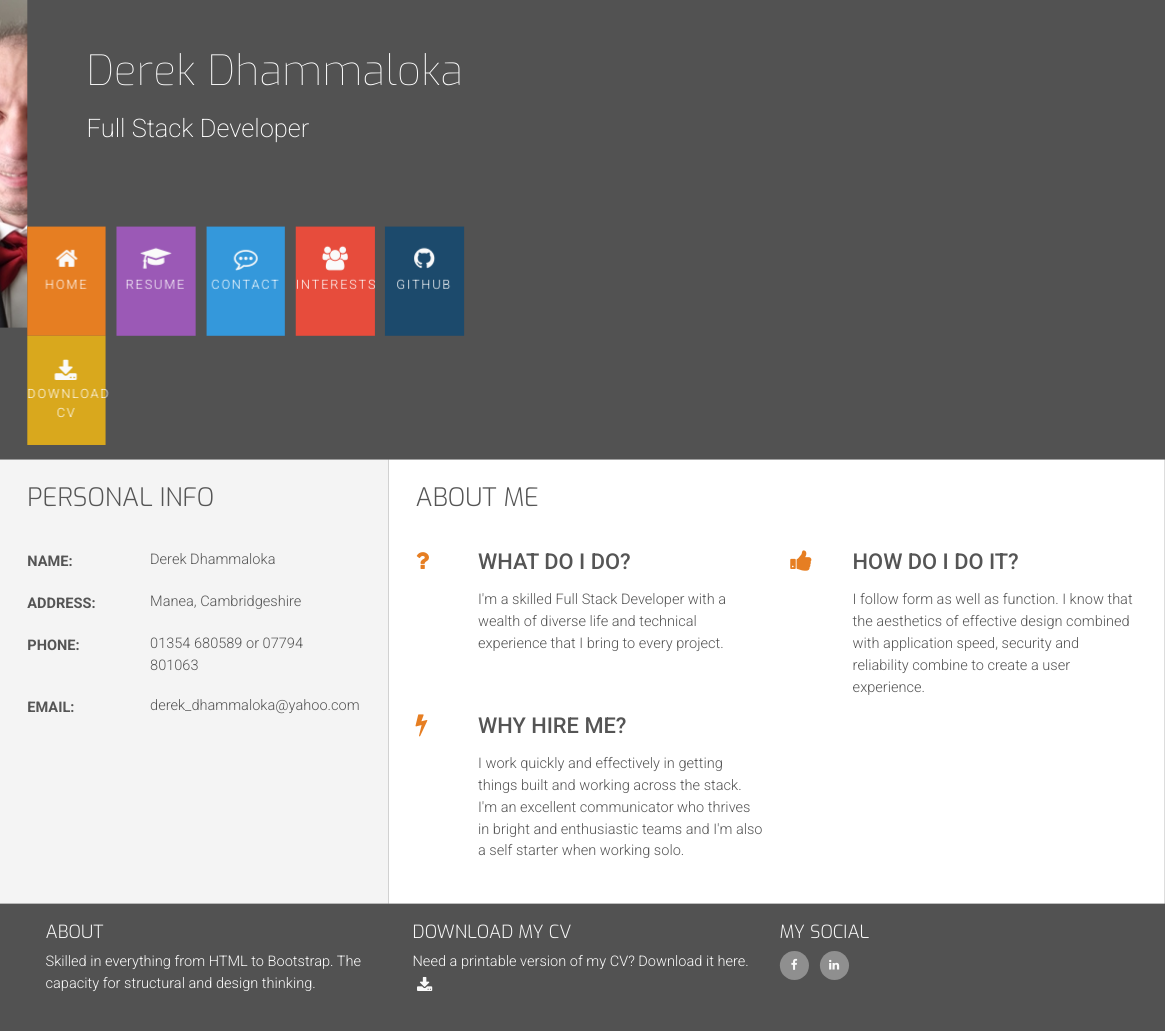
Repository: derektypist/derek-dhammaloka-cv
Page: index.html
The author's editor kept a record of every edit. The page is drawn from the files as they stood at one moment, then again after the next edit.
The browser window is 1280 px wide. The pictures show the whole page, at 91% of full size.
Some web libraries are served in a nearby version.

Above is the page before.

### index.html
<!DOCTYPE html>
<html>
    <head>
    <link rel="stylesheet" href="https://maxcdn.bootstrapcdn.com/bootstrap/4.3.1/css/bootstrap.min.css" integrity="sha384-ggOyR0iXCbMQv3Xipma34MD+dH/1fQ784/j6cY/iJTQUOhcWr7x9JvoRxT2MZw1T" crossorigin="anonymous">
    <link rel="stylesheet" href="https://maxcdn.bootstrapcdn.com/font-awesome/4.7.0/css/font-awesome.min.css" type="text/css" />
    <link rel="stylesheet" href="https://cdnjs.cloudflare.com/ajax/libs/hover.css/2.1.1/css/hover-min.css" type="text/css" />
    <link rel="stylesheet" href="assets/css/style.css" type="text/css" />
    <meta name="viewport" content="width=device-width, initial-scale=1">
    <title>Derek Dhammaloka CV - Home Page</title>
</head>
<body>
  <header class="container-fluid">

            <div class="row">

                <a href="index.html" title="Derek Dhammaloka Home Page">

                    <div class="col-md-4 logo"></div>

                </a>

                <div class="col-md-8">

                    <div class="row">
                        <div class="col heading">
                            <h1 class="name">Derek Dhammaloka</h1>
                            <h2 class="title">Full Stack Developer</h2>
                        </div>
                    </div>

                    <div class="row">

                        <ul class="list-inline clearfix">

                            <li class="col-xs-6 col-sm-2 ui-menu-color-home menuitem list-inline-item">

                                <a href="index.html" class="hvr-sweep-to-bottom"><i class="fa fa-home" aria-hidden="true"></i><span>Home</span></a>

                            </li>

                            <li class="col-xs-6 col-sm-2 ui-menu-color-resume menuitem list-inline-item">

                                <a href="resume.html" class="hvr-sweep-to-bottom"><i class="fa fa-graduation-cap" aria-hidden="true"></i><span>Resume</span></a>

                            </li>

                            <li class="col-xs-6 col-sm-2 ui-menu-color-contact menuitem list-inline-item">

                                <a href="contact.html" class="hvr-sweep-to-bottom"><i class="fa fa-commenting-o" aria-hidden="true"></i><span>Contact</span></a>

                            </li>

                            <li class="col-xs-6 col-sm-2 ui-menu-color-interests menuitem list-inline-item">
                                <a href="interests.html" class="hvr-sweep-to-bottom"><i class="fa fa-users" aria-hidden="true "></i><span>Interests</span></a>
                            </li>

                            <li class="col-xs-6 col-sm-2 ui-menu-color-github menuitem list-inline-item">
                                <a href="github.html" class="hvr-sweep-to-bottom"><i class="fa fa-github" aria-hidden="true "></i><span>GitHub</span></a>
                            </li>

                            <li class="col-xs-6 col-sm-2 ui-menu-color-download menuitem list-inline-item">

                                <a href="assets/cv/derekdhammaloka-cv.pdf" target="_blank" class="hvr-sweep-to-bottom"><span><i class="fa fa-download" aria-hidden="true"></i>Download CV</span></a>

                            </li>

                        </ul>

                    </div>

                </div>

            </div>

        </header>

    <section class="container-fluid">
            <div class="row row-table">
                <div class="col-xs-12 col-sm-12 col-md-4 bg-color-personal-info section-column">
                    <div class="row">
                        <div class="col-md-12">
                            <h3 class="section-heading uppercase">Personal Info</h3>
                        </div>
                    </div>
                    <div class="personal-info-item">
                        <div class="key">
                            <p class="uppercase">Name:</p>
                        </div>
                        <div class="value">
                            <p>Derek Dhammaloka</p>
                        </div>
                    </div>
                    <div class="personal-info-item">
                        <div class="key">
                            <p class="uppercase">Address:</p>
                        </div>
                        <div class="value">
                            <p>Manea, Cambridgeshire</p>
                        </div>
                    </div>
                    <div class="personal-info-item">
                        <div class="key">
                            <p class="uppercase">Phone:</p>
                        </div>
                        <div class="value">
                            <p>01354 680589 or 07794 801063</p>
                        </div>
                    </div>
                    <div class="personal-info-item">
                        <div class="key">
                            <p class="uppercase">Email:</p>
                        </div>
                        <div class="value">
                            <p>derek_dhammaloka@yahoo.com</p>
                        </div>
                    </div>
                </div>
                <div class="col-xs-12 col-sm-12 col-md-8 bg-color-three-reasons section-column">
                    <div class="row">
                        <div class="col-md-12">
                            <h3 class="section-heading uppercase">About Me</h3>
                        </div>
                    </div>
                    <div class="row">
                        <div class="col-xs-10 col-xs-offset-1 col-sm-offset-0 col-sm-4 col-md-6">
                            <div class="row">
                                <div class="col-xs-2 col-sm-2 col-md-2">
                                    <i class="three-reasons-icons fa fa-question" aria-hidden="true"></i>
                                </div>
                                <div class="col-xs-10 col-sm-10">
                                    <h4 class="three-reasons-heading uppercase">What do I do?</h4>
                                    <p>
                                        I'm a skilled Full Stack Developer with a wealth of diverse
                                        life and technical experience that I bring to every project.
                                    </p>
                                </div>
                            </div>
                        </div>
                        <div class="col-xs-10 col-xs-offset-1 col-sm-offset-0 col-sm-4 col-md-6">
                                <div class="row">
                                    <div class="col-xs-2 col-sm-2 col-md-2">
                                        <i class="three-reasons-icons fa fa-thumbs-up" aria-hidden="true"></i>
                                    </div>
                                    <div class="col-xs-10 col-sm-10">
                                        <h4 class="three-reasons-heading uppercase">How do I do it?</h4>
                                        <p>
                                            I follow form as well as function.
                                            I know that the aesthetics of effective design combined with application speed,
                                            security and reliability combine to create a user experience.
                                        </p>
                                    </div>
                                </div>
                            </div>
                        <div class="col-xs-10 col-xs-offset-1 col-sm-offset-0 col-sm-4 col-md-6">
                            <div class="row">
                                <div class="col-xs-2 col-sm-2 col-md-2">
                                    <i class="three-reasons-icons fa fa-bolt" aria-hidden="true"></i>
                                </div>
                                <div class="col-xs-10 col-sm-10">
                                    <h4 class="three-reasons-heading uppercase">Why hire me?</h4>
                                    <p>
                                        I work quickly and effectively in getting things built and working across the stack.
                                        I'm an excellent communicator who thrives in bright and enthusiastic teams and I'm
                                        also a self starter when working solo.
                                    </p>
                                </div>
                            </div>
                        </div>
                    </div>
                </div>
            </div>
        </section>

    <footer class="container-fluid">
        <div class="row" id="footer-details">
            <div class="col-sm-4">
                <h5 class="uppercase general-sub">About</h5>
                <p class="inline-block">
                    Skilled in everything from HTML to Bootstrap.
                    The capacity for structural and design thinking.

                </p>
            </div>

            <div class="col-sm-4">
                <h5 class="uppercase general-sub">Download My CV</h5>
                <p class="inline-block">
                    Need a printable version of my CV?  Download it here.
                <a href="assets/cv/derekdhammaloka-cv.pdf" target="_blank" class="cv-pdf"><i class="fa fa-download" aria-hidden="true"></i></a>
                </p>

            </div>

            <div class="col-sm-4">
                <h5 class="uppercase general-sub">My Social</h5>
                <ul class="list-inline social-links">
                    <li class="list-inline-item"><a target="_blank" href="https://www.facebook.com/derek.dhammaloka"><i class="fa fa-facebook"></i></a></li>
                    <li class="list-inline-item"><a target="_blank" href="https://www.linkedin.com/in/derekdhammaloka"><i class="fa fa-linkedin"></i></a></li>
                </ul>

            </div>
        </div>
    </footer>
</body>
</html>

### assets/css/style.css
@import url('https://fonts.googleapis.com/css?family=Roboto:100,200,300,400,500,600,700|Exo:100,200,300,400,500,600,700');


/* Colors */

.bg-color-name-title {
    background-color: #676767;
}

.bg-color-three-reasons {
    background-color: #ffffff;
}

.ui-menu-color-home {

    background-color: #e67e22;

}


.ui-menu-color-resume {

    background-color: #9b59b6;

}



.ui-menu-color-contact {

    background-color: #3498db;

}


.ui-menu-color-download {

    background-color: #d9a81d;

}

.ui-menu-color-github {
    background-color: #1c4a6c;
}

.ui-menu-color-interests {
    background-color: #e74c3c;
}

.bg-color-personal-info {
    background-color: #f4f4f4;
}

.bg-color-work-history {
    background-color: #9b59b6;
}

.bg-color-contact {
    background-color: #ffffff;
}

.bg-color-conferences {

    background-color: #f4f4f4;

}


.bg-color-groups {

    background-color: #ffffff;

}

body {
    font-family: "Roboto", Arial, Verdana, sans-serif;
    font-weight: 300;
    background-color: #525252;
    color: #555555;
}




/* Special Padding/Margins/Text */

h1, h2, h3, h4 {
    margin: 0;
}

.uppercase {
    text-transform: uppercase;
}

.general-sub {
    font-family: "Exo", Arial, Verdana, sans-serif;
    font-weight: 300;
    color: #fafafa;
}

.inline-block {
    display: inline-block;
}

.row-table {
    display: table;
}

.history-heading, .section-heading {
    font-family: "Exo", Arial, Verdana, sans-serif;
    font-weight: 300;
    margin-top: 25px;
    margin-bottom: 40px;
}

.text-center {
    text-align: center;
}

/* Heading */

header {
    margin: 0;
}



.heading {
    margin-left: 50px;
}


.logo {

    background: url("../images/derek.jpg");

    background-position: center;

    background-repeat: no-repeat;

    background-size: cover;

    min-height: 360px;


    transition: all .5s ease-in-out;

    -moz-transition: all .5s ease-in-out;
    -webkit-transition: all .5s ease-in-out;
    -o-transition: all .5s ease-in-out;

}

.name {
    font-family: "Exo", Arial, Verdana, sans-serif;
    font-weight: 100;
    font-size: 46px;
    margin-top: 50px;
    color: #ffffff;
}

.title {
    font-family: "Roboto", Arial, Verdana, sans-serif;
    font-weight: 200;
    font-size: 28px;
    margin-top: 20px;
    margin-bottom: 90px;
    color: #fff;
}

#nav {
    margin: 0;
}

#nav li {
    padding: 0;
}

.menuitem {
    height: 120px;
    text-align: center;
    padding: 0;
}

.menuitem a {
    width: 100%;
    text-decoration: none;
    color: #ffffff;
    height: 120px;
}

.menuitem a i {
    padding-top: 22px;
    display: block;
    color: #fafafa;
    font-size: 26px;
}

.menuitem span {
    display: block;
    width: 100%;
    padding-top: 5px;
    text-align: center;
    text-transform: uppercase;
    font-size: 14px;
    font-weight: 300;
    letter-spacing: 2px;
}

/* Hover.css */

.hvr-sweep-to-bottom:before {
    background: rgb(0, 0, 0);
    background: rgba(0, 0, 0, 0.2);
    height: 120px;
}

/* Footer */
footer {
    background-color: #525252;
    color: #fafafa;
    min-height: 120px;
    margin: 0;
}

footer .cv-pdf {
    color: #fafafa;
    text-align: center;
    font-size: 18px;
    padding-left: 5px;
}

footer .cv-pdf i:hover {
    color: #e84610;
    transition: all 0.35s ease-in-out;
    -moz-transition: all 0.35s ease-in-out;
    -webkit-transition: all 0.35s ease-in-out;
    -o-transition: all 0.35s ease-in-out;
}

.social-links {
    padding-bottom: 15px;
}

.social-links li a i {
    width: 32px;
    height: 32px;
    padding: 12px 0px;
    border-radius: 50%;
    font-size: 13px;
    line-height: 7px;
    text-align: center;
    color: #fafafa;
    background: #8f8f8f;
    transition: all 0.35s ease-in-out;
    -moz-transition: all 0.35s ease-in-out;
    -webkit-transition: all 0.35s ease-in-out;
    -o-transition: all 0.35s ease-in-out;

}

.social-links li a i:hover {
    background: #e84610;

}

#footer-details {
    margin: 20px;
}

/* Three Reasons */

.three-reasons-icons {
    font-size: 26px;
    color: #e67e22;
}

.three-reasons-heading {
    margin-bottom: 15px;
}

/* Personal Info */

.personal-info-item {
    margin-bottom: 20px;
    display: block;
    clear: both;
}



.personal-info-item .key, .personal-info-item .value {
    padding-right: 8px;
}

.personal-info-item .key p, .personal-info-item .value p {
    margin: 0;
}

.personal-info-item .key {
    display: inline-block;
    width: 30%;
    margin-right: 21px;
    padding-top: 2px;
    vertical-align: top;
}

.personal-info-item .key p {
    font-family: "Roboto", Arial, Verdana, sans-serif;
    font-weight: 700;

}

.personal-info-item .value {
    display: inline-block;
    position: relative;
    width: 60%;
}

/* Skills */

.progress {
    position: relative;
    height: 25px;
}

.progress-type {
    position: absolute;
    left: 0px;
    font-weight: 400;
    padding: 3px 30px 2px 10px;
    color: #fafafa;
    background-color: rgb(25, 25, 25);
    background-color: rgba(25, 25, 25, 0.2);
}

.progress-section {
    margin: 40px 20px;
}

/* Work History */

.timeline-item {
    padding: 4em 2em 0em 2em;
    position: relative;
    color: #fafafa;
    border-left: 1px solid;
}

.timeline-item p {
    padding: 0;
    margin: 0;
}

.timeline-item::before {
    content: attr(dates);
    position: absolute;
    left: 2.5em;
    top: 3em;
    display: block;
    font-family: "Exo", Arial, Verdana, sans-serif;
    font-weight: 500;
    font-size: .8em;
    padding: 0;
    margin: 0;
}

.timeline-item::after {
    width: 12px;
    height: 12px;
    display: block;
    top: 2.4em;
    position: absolute;
    left: -6px;
    border-radius: 12px;
    content: '';
    background: #fafafa;
}

.history-heading {
    color: #fafafa;
    margin-bottom: 50px;
}

.history-items {
    margin-bottom: 30px;
}

/* Interests */
.interest-links {
    text-decoration: none;
    color: #3498db;
}

.interest-links:hover {
    color: #e67e22;
}


/* Contact */

.contact-heading {
    font-family: "Exo", Arial, Verdana, sans-serif;
    font-weight: 300;
    margin-top: 25px;
    margin-bottom: 20px;
}

.center-form {
    padding-top: 10px;
    margin: 0 auto;
    max-width: 70%;
}

button[type="submit"] {
    margin-top: 15px;
    margin-bottom: 20px;
    background-color: #e84610;
    color: #fafafa;
}

/* Media Queries */

@media (min-width: 992px) {
    .section-column {
        padding: 0 30px 30px;
        float: none;
        display: table-cell;
    }

    .center-form {
    padding-top: 30px;
    min-height: 240px;
    margin: 0 auto;
    max-width: 50%;
}

}

/* Maps */
div#map {
    min-height: 360px;

}

After the next edit:
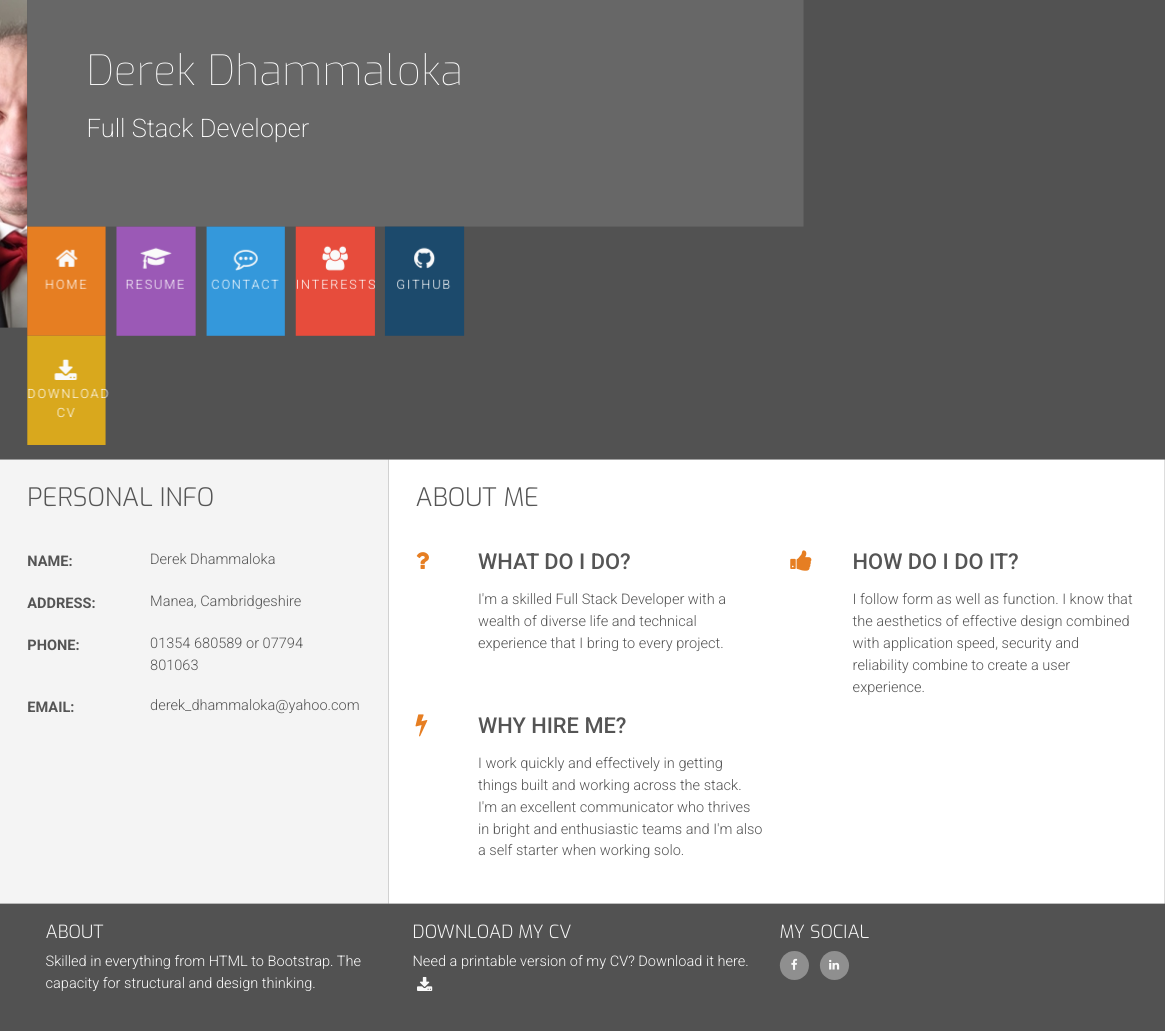
The edit:
--- a/index.html
+++ b/index.html
@@ -21,7 +21,7 @@
 
                 <div class="col-md-8">
 
-                    <div class="row">
+                    <div class="row bg-color-name-title">
                         <div class="col heading">
                             <h1 class="name">Derek Dhammaloka</h1>
                             <h2 class="title">Full Stack Developer</h2>
